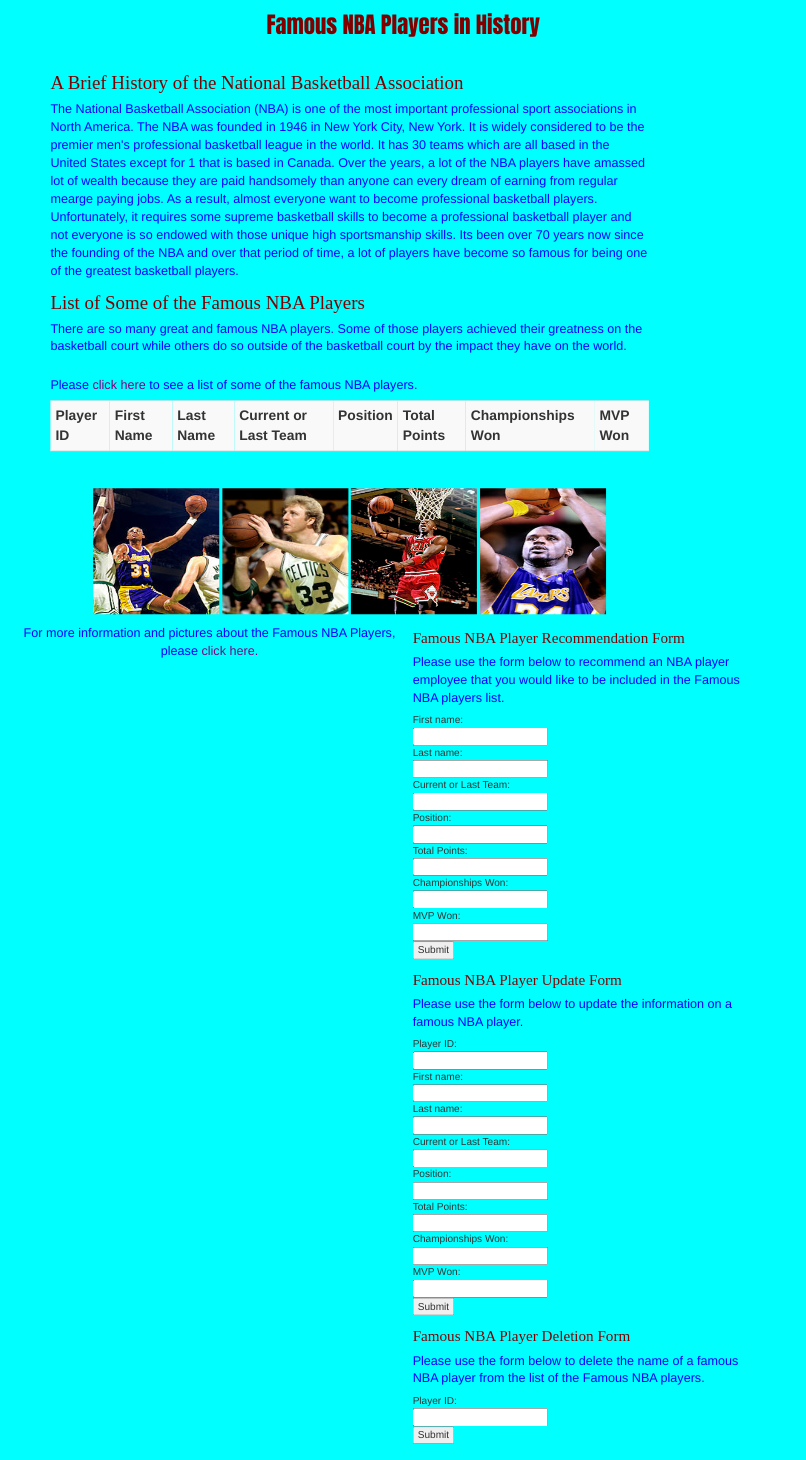
Repository: myjavaweb2/Week5JDBCAssignments
Page: myweek5project/src/main/webapp/indexplayer.html
An editor plug-in stored every save of this project. The page is shown before and after the next save, followed by the edit.
The browser window is 1280 px wide. The pictures show the whole page, at 63% of full size.

Above is the page before, as saved 2016-09-03 02:22:53.

After the next save:
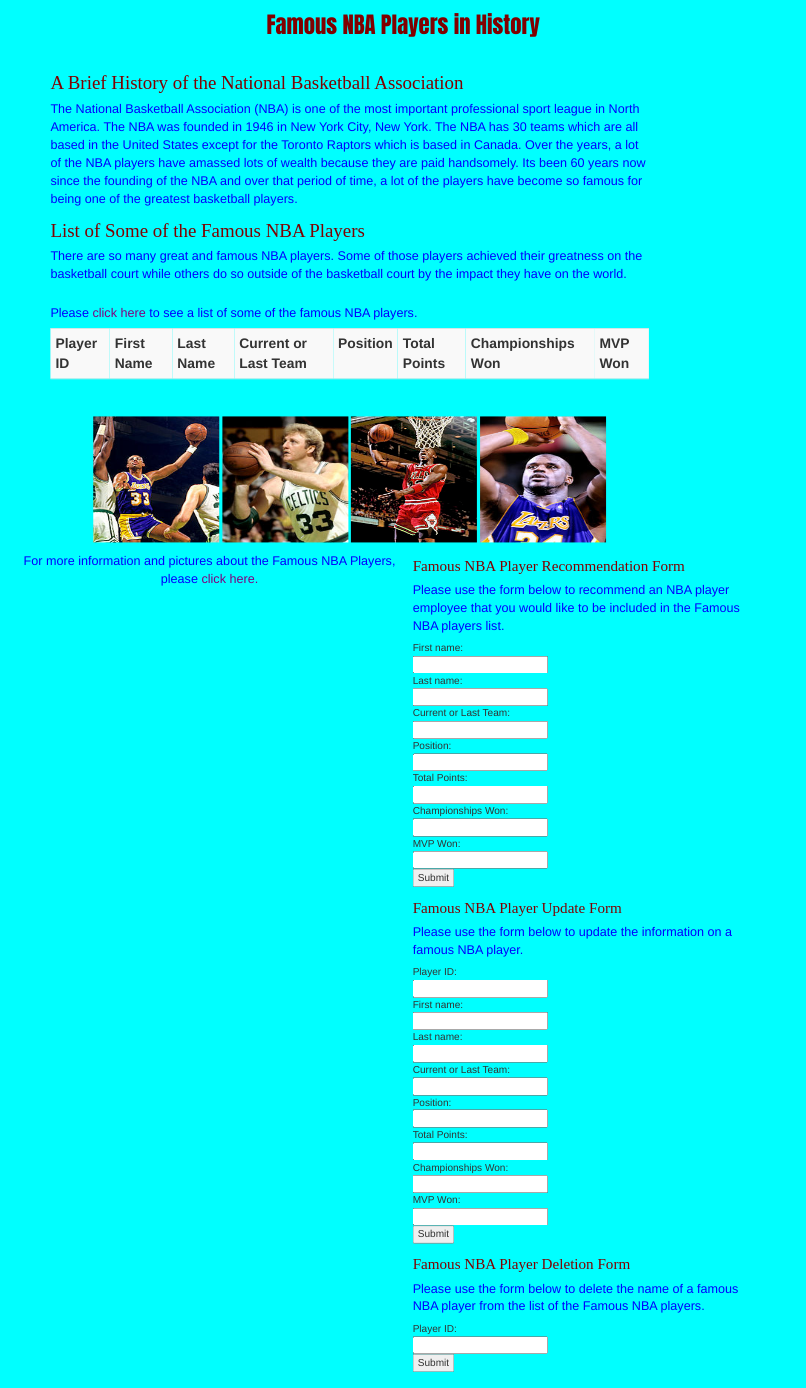
Saved 7 min 40 s later.
--- a/myweek5project/src/main/webapp/indexplayer.html
+++ b/myweek5project/src/main/webapp/indexplayer.html
@@ -26,20 +26,14 @@
 	<h2>A Brief History of the National Basketball Association</h2>
 
 	<p>The National Basketball Association (NBA) is one of the most
-		important professional sport associations in North America. The NBA
-		was founded in 1946 in New York City, New York. It is widely
-		considered to be the premier men's professional basketball league in
-		the world. It has 30 teams which are all based in the United States
-		except for 1 that is based in Canada. Over the years, a lot of the NBA
-		players have amassed lot of wealth because they are paid handsomely
-		than anyone can every dream of earning from regular mearge paying
-		jobs. As a result, almost everyone want to become professional
-		basketball players. Unfortunately, it requires some supreme basketball
-		skills to become a professional basketball player and not everyone is
-		so endowed with those unique high sportsmanship skills. Its been over
-		70 years now since the founding of the NBA and over that period of
-		time, a lot of players have become so famous for being one of the
-		greatest basketball players.</p>
+		important professional sport league in North America. The NBA
+		was founded in 1946 in New York City, New York. The NBA has 30
+		teams which are all based in the United States except for the
+		Toronto Raptors which is based in Canada. Over the years, a lot
+		of the NBA players have amassed lots of wealth because they are
+		paid handsomely. Its been 60 years now since the founding of the
+		NBA and over that period of time, a lot of the players have become
+		so famous for being one of the greatest basketball players.</p>
 
 	<h2>List of Some of the Famous NBA Players</h2>
 
